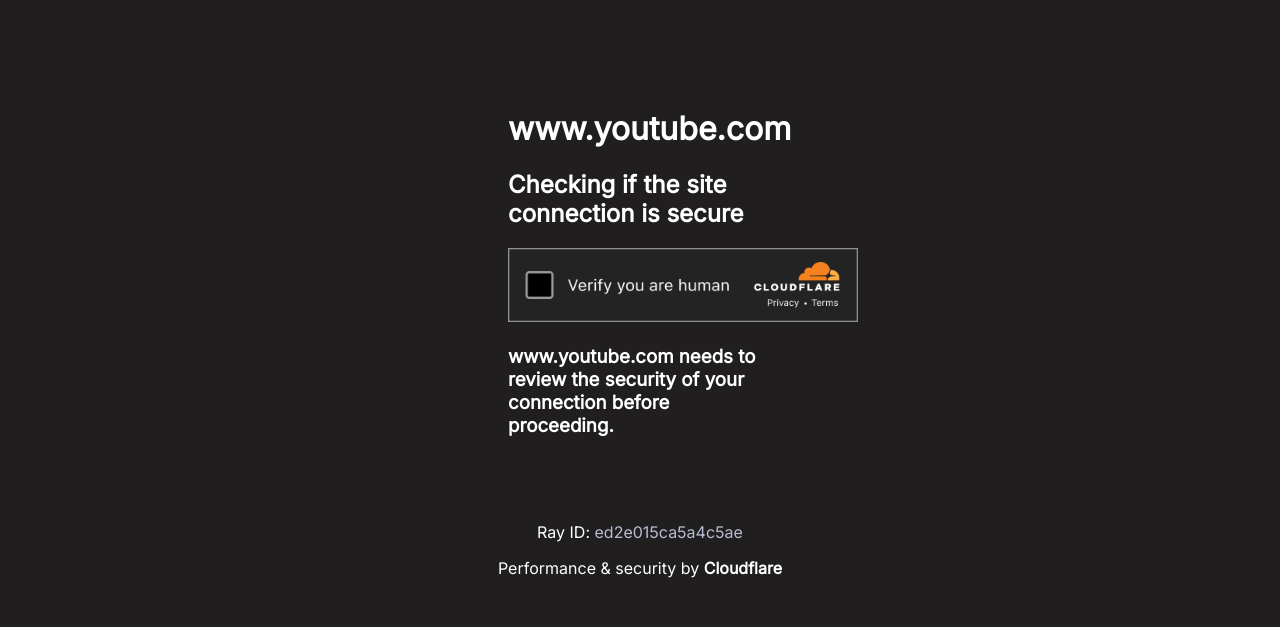
Repository: estech321/CAPTCHA-RickRoll
Page: index.html
These files come from the project's save history. The page is drawn as it stood at one moment and after the next save; the edit follows.
The browser window is 1280 px wide. The pictures show the whole page.

Above is the page before, as saved 2023-12-29 23:47:34.

After the next save:
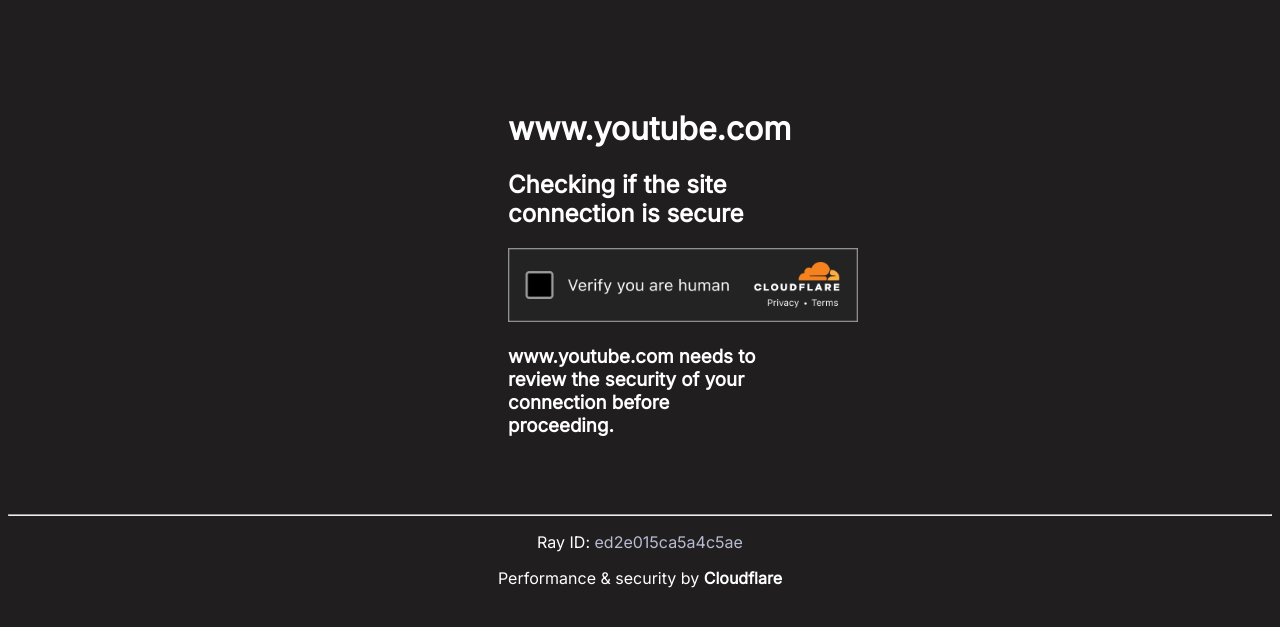
Saved 30 s later.
--- a/index.html
+++ b/index.html
@@ -32,6 +32,7 @@
     </main>
     <footer>
         <center>
+            <hr class="solid">
             <p>Ray ID: <blue>ed2e015ca5a4c5ae</blue></p>
             <p>Performance & security by <strong>Cloudflare</strong></p>
         </center>
